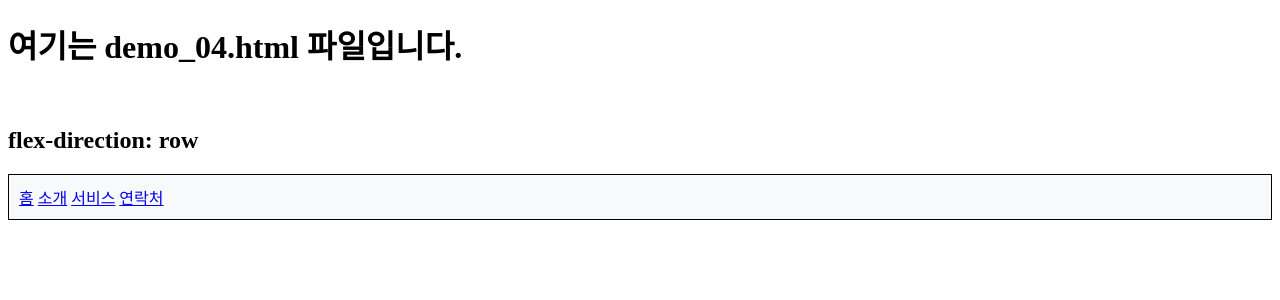
Repository: kimmingyeong225/totalJSP
Page: class_flexbox_011/src/main/webapp/demo_04.html
These files come from the project's save history. The page is drawn as it stood at one moment and after the next save; the edit follows.
The browser window is 1280 px wide. The pictures show the whole page.

Above is the page before, as saved 2024-07-01 01:15:25.

After the next save:
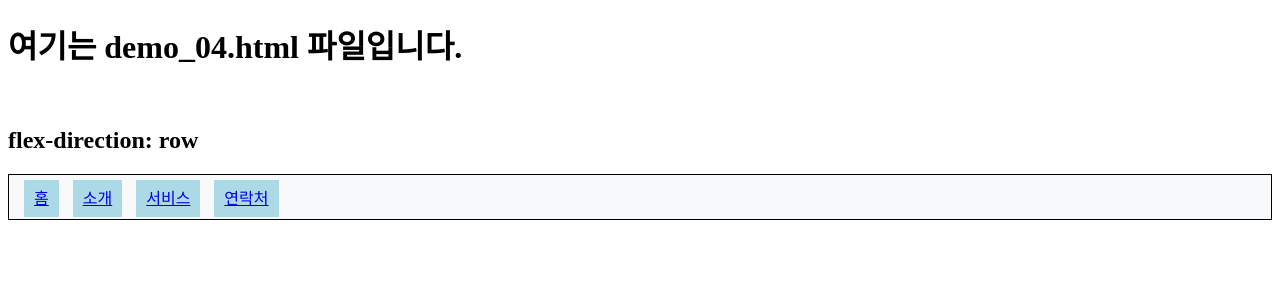
Saved 118 s later.
--- a/class_flexbox_011/src/main/webapp/demo_04.html
+++ b/class_flexbox_011/src/main/webapp/demo_04.html
@@ -13,6 +13,12 @@
 		padding: 10px;
 	}
 
+	.nav-item {
+		margin: 5px;
+		padding: 10px;
+		background-color: lightblue;
+	}
+
 </style>
 </head>
 <body>
@@ -22,10 +28,10 @@
 
     <h2>flex-direction: row</h2>
    	<div class="navbar">
-   		<a href="#home">홈</a>
-   		<a href="#about">소개</a>
-   		<a href="#services">서비스</a>
-   		<a href="#contact">연락처</a>
+   		<a href="#home" class="nav-item">홈</a>
+   		<a href="#about" class= "nav-item">소개</a>
+   		<a href="#services" class="nav-item">서비스</a>
+   		<a href="#contact" class="nav-item">연락처</a>
    	</div>
 
 
